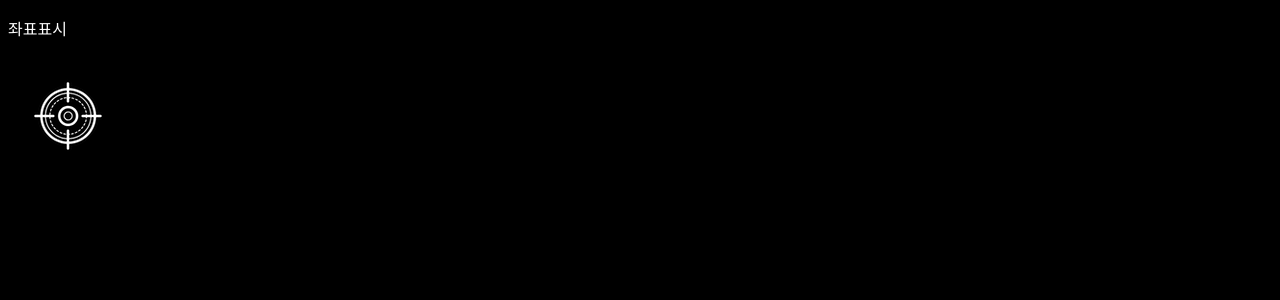
Repository: GoodHoneyCake/Dream_Coding_Academy5
Page: coordinates/index.html
These files come from the project's save history. The page is drawn as it stood at one moment and after the next save; the edit follows.
The browser window is 1280 px wide. The pictures show the whole page.

Above is the page before, as saved 2021-01-28 14:51:33.

### coordinates/index.html
<!DOCTYPE html>
<html lang="en">
  <head>
    <meta charset="UTF-8" />
    <meta name="viewport" content="width=device-width, initial-scale=1.0" />
    <title>Coordinates</title>
    <script src="main.js" defer></script>
    <link rel="stylesheet" href="style.css" />
  </head>
  <body>
    <p>좌표표시</p>
    <img src="img/target.png" alt="target" />
  </body>
</html>

### coordinates/main.js
"use strict";

const p = document.querySelector("p");

window.addEventListener("mousemove", onMove);

function onMove(e) {
  p.innerText = ` Client X/Y: ${e.clientX}, ${e.clientY}`;
}

Loaded but not shown: coordinates/style.css (common file)

After the next save:
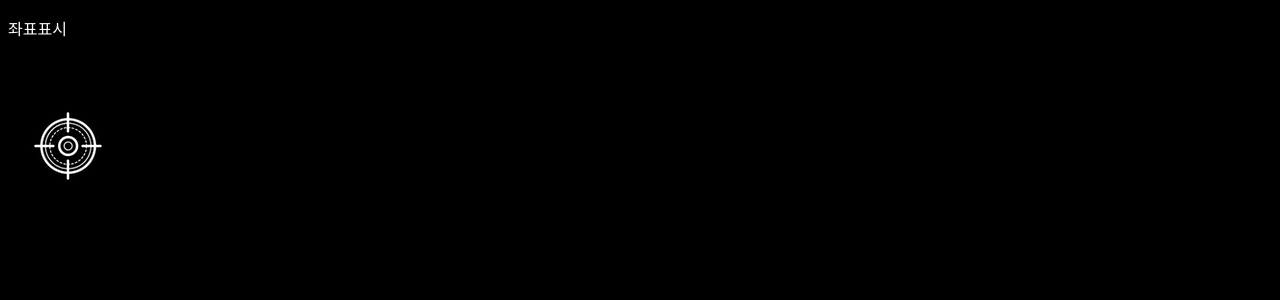
Saved 4 s later.
--- a/coordinates/index.html
+++ b/coordinates/index.html
@@ -10,5 +10,6 @@
   <body>
     <p>좌표표시</p>
     <img src="img/target.png" alt="target" />
+    <canvas></canvas>
   </body>
 </html>
